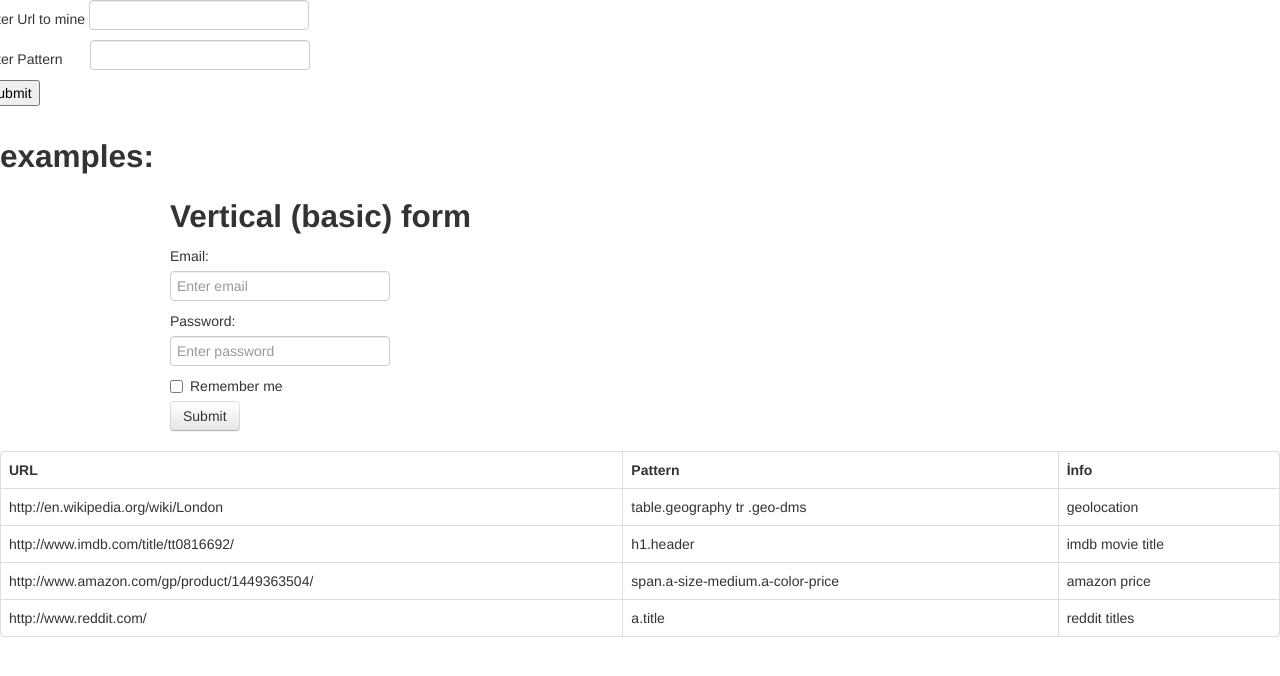
Repository: nerginer/datamine
Page: client/index.html
The author's editor kept a record of every edit. The page is drawn from the files as they stood at one moment, then again after the next edit.
The browser window is 1280 px wide. The pictures show the whole page.

Above is the page before.

After the next edit:
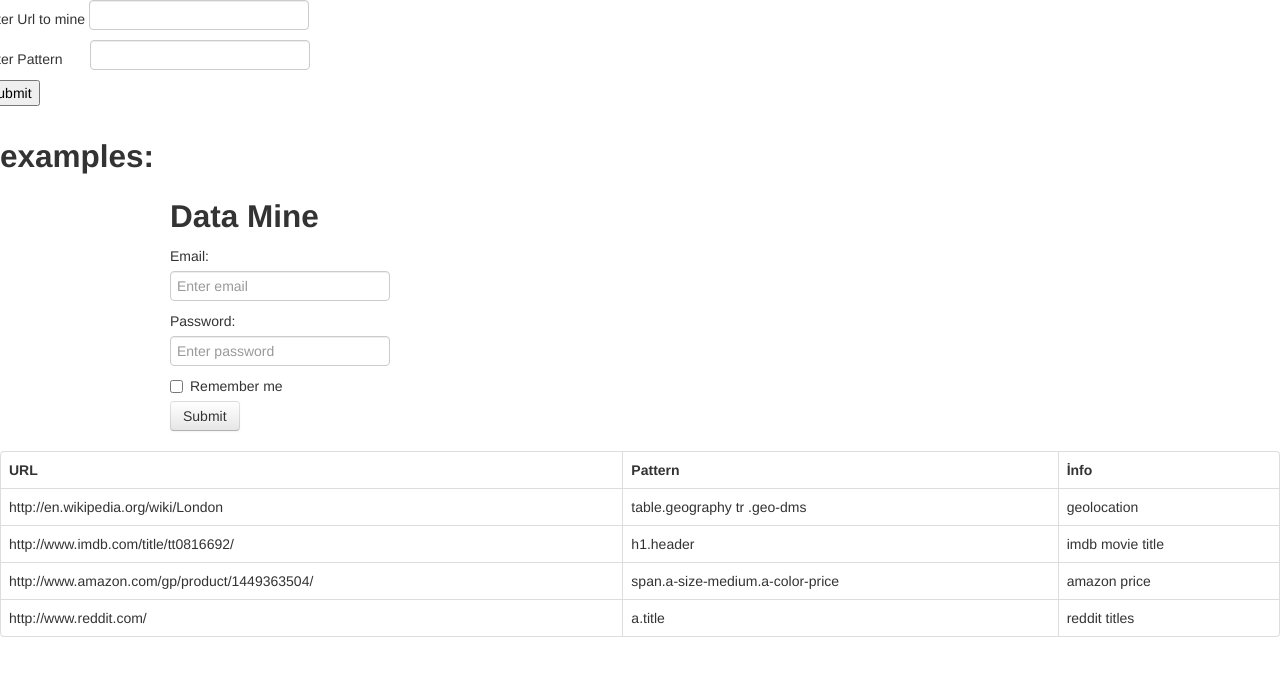
The edit:
--- a/client/index.html
+++ b/client/index.html
@@ -26,7 +26,7 @@
 
 
 <div class="container">
-      <h2>Vertical (basic) form</h2>
+      <h2>Data Mine</h2>
       <form role="form">
         <div class="form-group">
           <label for="email">Email:</label>
